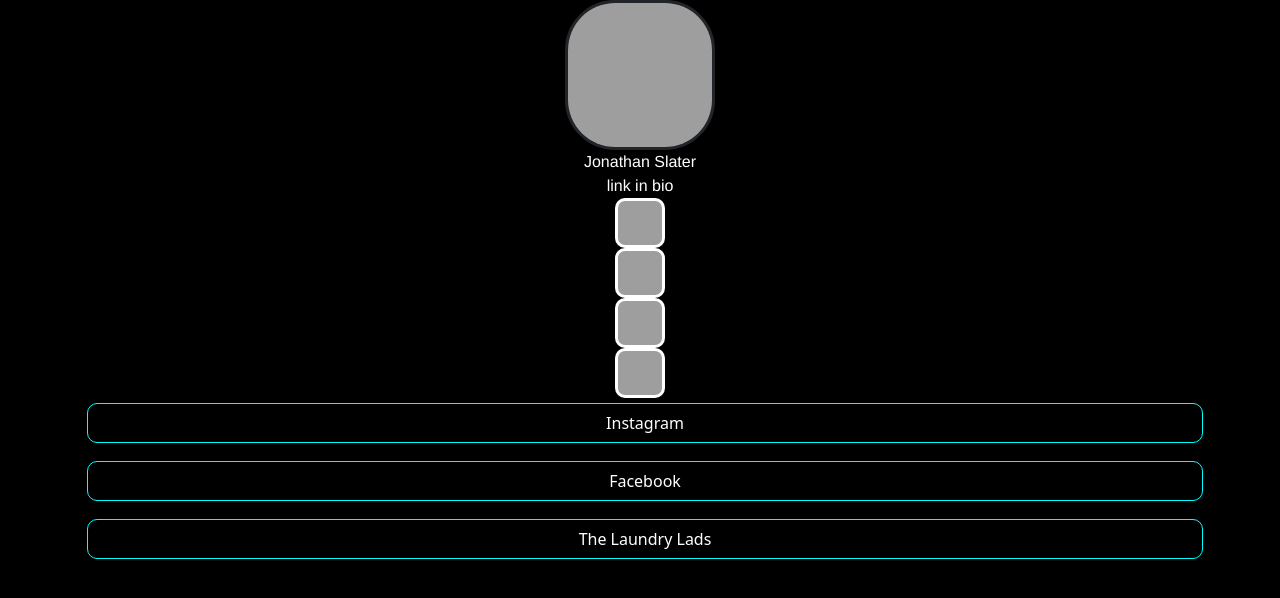
Repository: jontslater/LAB-link-in-bio
Page: index.html
An editor plug-in stored every save of this project. The page is shown before and after the next save, followed by the edit.
The browser window is 1280 px wide. The pictures show the whole page.
Pictures or frames that could not be fetched are drawn as grey boxes.

Above is the page before, as saved 2023-10-15 15:20:24.

After the next save:
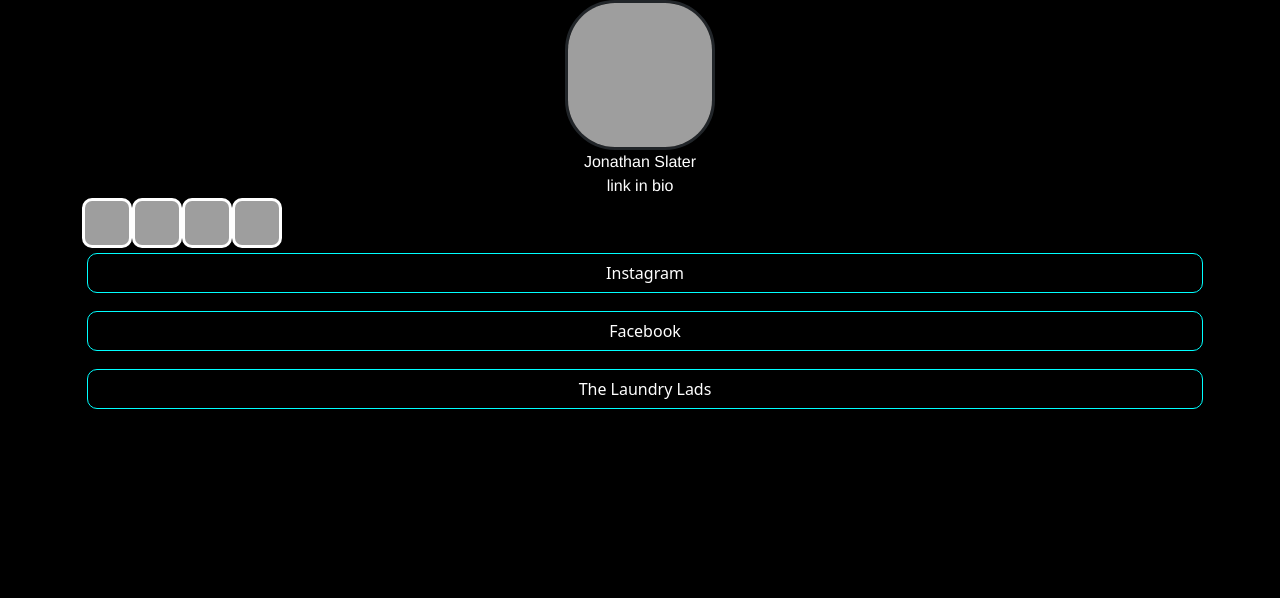
Saved 30 s later.
--- a/main.css
+++ b/main.css
@@ -45,6 +45,4 @@
   height: 50px;
   border-radius: 10px;
   border-style: solid;
-  display: block;
-  margin: auto;
 }
